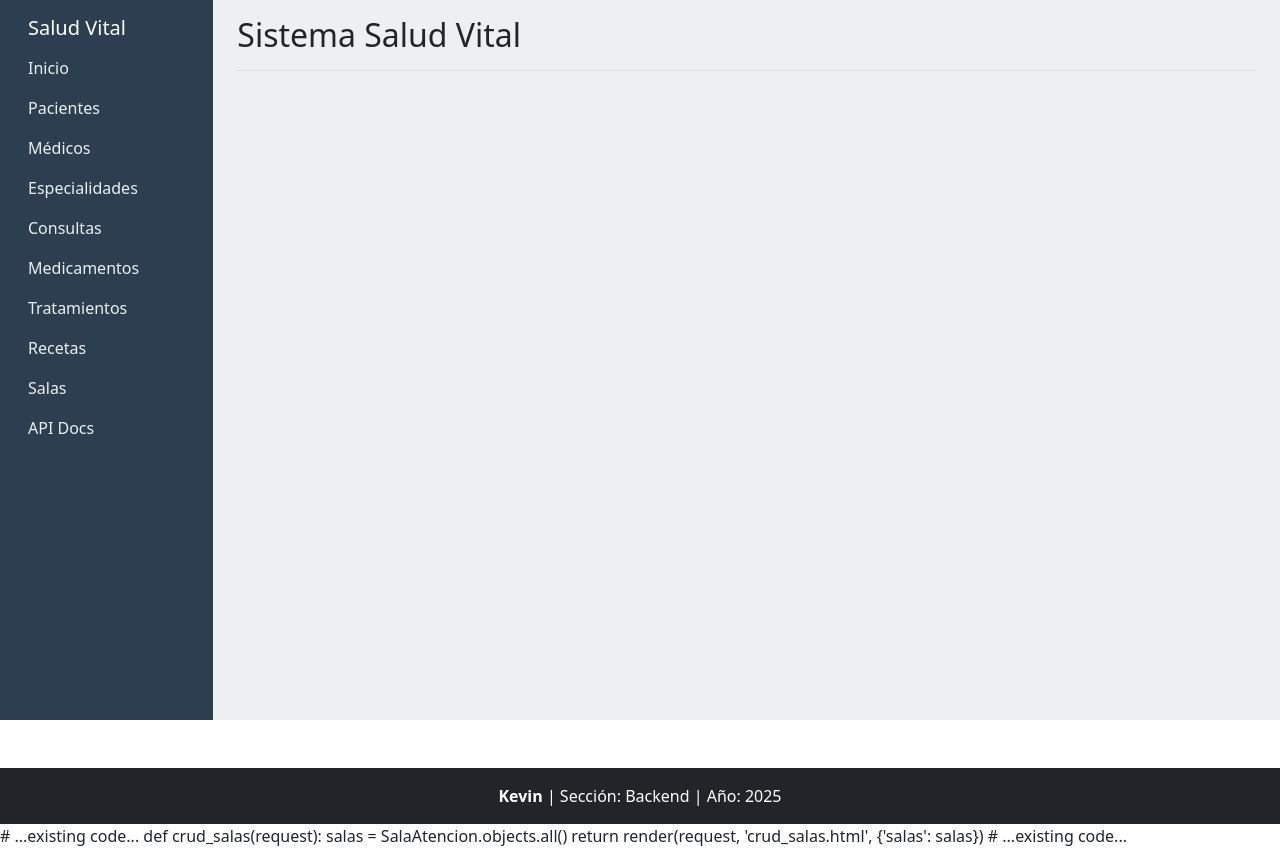
Repository: KeviNozh/eva2_clinica
Page: templates/base.html
These files come from the project's save history. The page is drawn as it stood at one moment and after the next save; the edit follows.
The browser window is 1280 px wide. The pictures show the whole page.
The template is drawn by Django 5.2. The application's start-up code is not run. Other server files are loaded and not shown. The template is opened directly, without the code that normally fills it, so the values that code supplies are empty.

Above is the page before, as saved 2025-10-14 17:23:20.

### templates/base.html
<!DOCTYPE html>
<html lang="es">
<head>
    <meta charset="UTF-8">
    <meta name="viewport" content="width=device-width, initial-scale=1.0">
    <title>Sistema Salud Vital</title>
    <link href="https://cdn.jsdelivr.net/npm/bootstrap@5.3.0/dist/css/bootstrap.min.css" rel="stylesheet">
    <style>
        .sidebar {
            min-height: 100vh;
            background-color: #2c3e50;
        }
        .sidebar .nav-link {
            color: #ecf0f1;
        }
        .sidebar .nav-link:hover {
            background-color: #34495e;
        }
        .main-content {
            background-color: #ecf0f1;
        }
    </style>
</head>
<body>
    <div class="container-fluid">
        <div class="row">
            <!-- Sidebar -->
            <nav class="col-md-3 col-lg-2 d-md-block sidebar collapse">
                <div class="position-sticky pt-3">
                    <h5 class="text-white px-3">Salud Vital</h5>
                    <ul class="nav flex-column">
                        <li class="nav-item">
                            <a class="nav-link" href="{% url 'inicio' %}">Inicio</a>
                        </li>
                        <li class="nav-item">
                            <a class="nav-link" href="{% url 'crud:crud_pacientes' %}">Pacientes</a>
                        </li>
                        <li class="nav-item">
                            <a class="nav-link" href="{% url 'crud:crud_medicos' %}">Médicos</a>
                        </li>
                        <li class="nav-item">
                            <a class="nav-link" href="{% url 'crud:crud_especialidades' %}">Especialidades</a>
                        </li>
                        <li class="nav-item">
                            <a class="nav-link" href="{% url 'crud:crud_consultas' %}">Consultas</a>
                        </li>
                        <li class="nav-item">
                            <a class="nav-link" href="{% url 'crud:crud_medicamentos' %}">Medicamentos</a>
                        </li>
                        <li class="nav-item">
                            <a class="nav-link" href="{% url 'crud:crud_tratamientos' %}">Tratamientos</a>
                        </li>
                        <li class="nav-item">
                            <a class="nav-link" href="{% url 'crud:crud_recetas' %}">Recetas</a>
                        </li>
                        <li class="nav-item">
                            <a class="nav-link" href="{% url 'crud:crud_salas' %}">Salas</a>
                        </li>
                        <li class="nav-item">
                            <a class="nav-link" href="/api/swagger/" target="_blank">API Docs</a>
                        </li>
                    </ul>
                </div>
            </nav>

            <!-- Main content -->
            <main class="col-md-9 ms-sm-auto col-lg-10 px-md-4 main-content">
                <div class="d-flex justify-content-between flex-wrap flex-md-nowrap align-items-center pt-3 pb-2 mb-3 border-bottom">
                    <h1 class="h2">{% block title %}Sistema Salud Vital{% endblock %}</h1>
                </div>

                <!-- Mensajes -->
                {% if messages %}
                <div class="messages">
                    {% for message in messages %}
                    <div class="alert alert-{{ message.tags }} alert-dismissible fade show" role="alert">
                        {{ message }}
                        <button type="button" class="btn-close" data-bs-dismiss="alert"></button>
                    </div>
                    {% endfor %}
                </div>
                {% endif %}

                <!-- Contenido principal -->
                {% block content %}
                {% endblock %}
            </main>
        </div>
    </div>

    <!-- Footer -->
    <footer class="bg-dark text-white text-center py-3 mt-5">
        <div class="container">
            <p class="mb-0">
                <strong>Kevin</strong> | Sección: Backend | Año: 2025
            </p>
        </div>
    </footer>

    <script src="https://cdn.jsdelivr.net/npm/bootstrap@5.3.0/dist/js/bootstrap.bundle.min.js"></script>
    {% block scripts %}
    {% endblock %}
</body>
</html># ...existing code...

def crud_salas(request):
    salas = SalaAtencion.objects.all()
    return render(request, 'crud_salas.html', {'salas': salas})

# ...existing code...

After the next save:
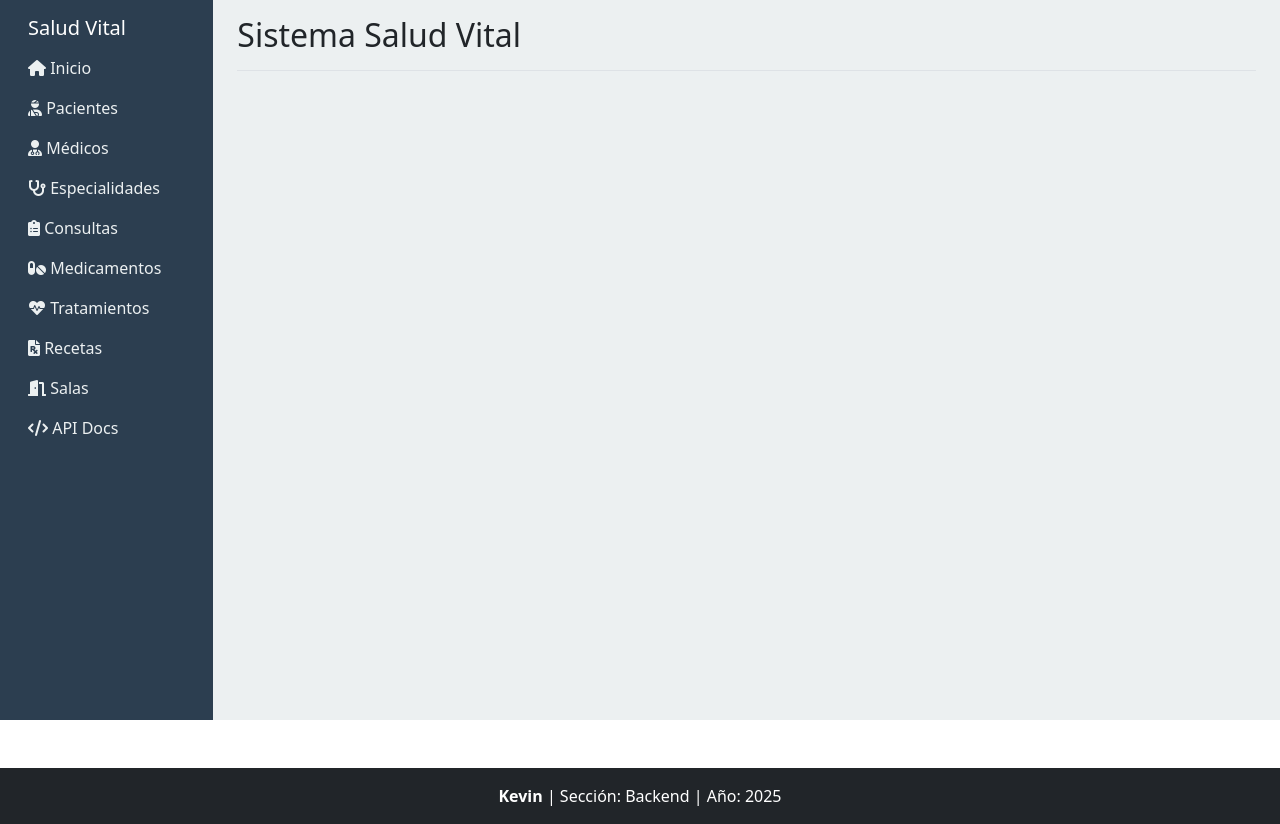
Saved 21 s later.
--- a/templates/base.html
+++ b/templates/base.html
@@ -5,6 +5,7 @@
     <meta name="viewport" content="width=device-width, initial-scale=1.0">
     <title>Sistema Salud Vital</title>
     <link href="https://cdn.jsdelivr.net/npm/bootstrap@5.3.0/dist/css/bootstrap.min.css" rel="stylesheet">
+    <link rel="stylesheet" href="https://cdnjs.cloudflare.com/ajax/libs/font-awesome/6.0.0/css/all.min.css">
     <style>
         .sidebar {
             min-height: 100vh;
@@ -30,34 +31,54 @@
                     <h5 class="text-white px-3">Salud Vital</h5>
                     <ul class="nav flex-column">
                         <li class="nav-item">
-                            <a class="nav-link" href="{% url 'inicio' %}">Inicio</a>
+                            <a class="nav-link" href="{% url 'inicio' %}">
+                                <i class="fas fa-home"></i> Inicio
+                            </a>
                         </li>
                         <li class="nav-item">
-                            <a class="nav-link" href="{% url 'crud:crud_pacientes' %}">Pacientes</a>
+                            <a class="nav-link" href="{% url 'crud:crud_pacientes' %}">
+                                <i class="fas fa-user-injured"></i> Pacientes
+                            </a>
                         </li>
                         <li class="nav-item">
-                            <a class="nav-link" href="{% url 'crud:crud_medicos' %}">Médicos</a>
+                            <a class="nav-link" href="{% url 'crud:crud_medicos' %}">
+                                <i class="fas fa-user-md"></i> Médicos
+                            </a>
                         </li>
                         <li class="nav-item">
-                            <a class="nav-link" href="{% url 'crud:crud_especialidades' %}">Especialidades</a>
+                            <a class="nav-link" href="{% url 'crud:crud_especialidades' %}">
+                                <i class="fas fa-stethoscope"></i> Especialidades
+                            </a>
                         </li>
                         <li class="nav-item">
-                            <a class="nav-link" href="{% url 'crud:crud_consultas' %}">Consultas</a>
+                            <a class="nav-link" href="{% url 'crud:crud_consultas' %}">
+                                <i class="fas fa-clipboard-list"></i> Consultas
+                            </a>
                         </li>
                         <li class="nav-item">
-                            <a class="nav-link" href="{% url 'crud:crud_medicamentos' %}">Medicamentos</a>
+                            <a class="nav-link" href="{% url 'crud:crud_medicamentos' %}">
+                                <i class="fas fa-pills"></i> Medicamentos
+                            </a>
                         </li>
                         <li class="nav-item">
-                            <a class="nav-link" href="{% url 'crud:crud_tratamientos' %}">Tratamientos</a>
+                            <a class="nav-link" href="{% url 'crud:crud_tratamientos' %}">
+                                <i class="fas fa-heartbeat"></i> Tratamientos
+                            </a>
                         </li>
                         <li class="nav-item">
-                            <a class="nav-link" href="{% url 'crud:crud_recetas' %}">Recetas</a>
+                            <a class="nav-link" href="{% url 'crud:crud_recetas' %}">
+                                <i class="fas fa-file-prescription"></i> Recetas
+                            </a>
                         </li>
                         <li class="nav-item">
-                            <a class="nav-link" href="{% url 'crud:crud_salas' %}">Salas</a>
+                            <a class="nav-link" href="{% url 'crud:crud_salas' %}">
+                                <i class="fas fa-door-open"></i> Salas
+                            </a>
                         </li>
                         <li class="nav-item">
-                            <a class="nav-link" href="/api/swagger/" target="_blank">API Docs</a>
+                            <a class="nav-link" href="/api/swagger/" target="_blank">
+                                <i class="fas fa-code"></i> API Docs
+                            </a>
                         </li>
                     </ul>
                 </div>
@@ -101,10 +122,4 @@
     {% block scripts %}
     {% endblock %}
 </body>
-</html># ...existing code...
-
-def crud_salas(request):
-    salas = SalaAtencion.objects.all()
-    return render(request, 'crud_salas.html', {'salas': salas})
-
-# ...existing code...
+</html>
